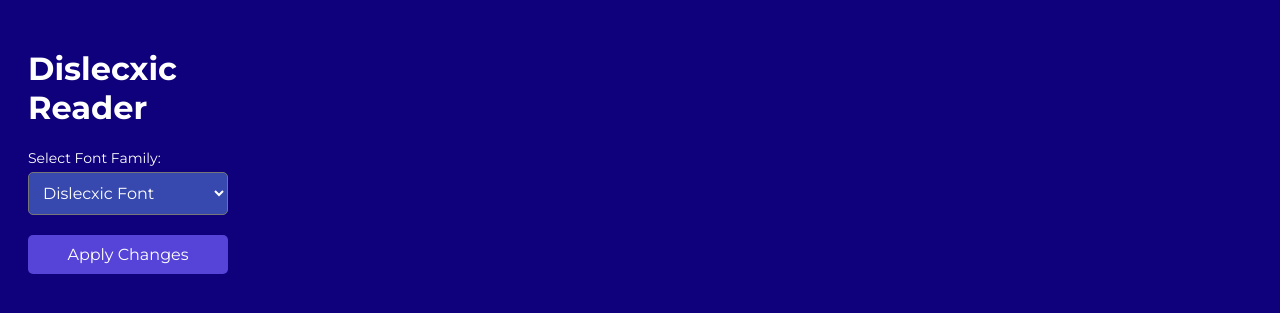
Repository: adatechschool/extension-navigateur-extension_walid_eliana_imelda
Page: Extention 3/popup.html
These files come from the project's save history. The page is drawn as it stood at one moment and after the next save; the edit follows.
The browser window is 1280 px wide. The pictures show the whole page.

Above is the page before, as saved 2024-01-17 12:46:46.

### Extention 3/popup.html
<!-- popup.html -->
<!DOCTYPE html>
<html>
<head>
  <link rel="stylesheet" type="text/css" href="popup.css">
  <script type="module" src="popup.js"></script>

  <link rel="preconnect" href="https://fonts.googleapis.com">
  <link rel="preconnect" href="https://fonts.gstatic.com" crossorigin>
  <link href="https://fonts.googleapis.com/css2?family=Montserrat:wght@400;700&display=swap" rel="stylesheet">

</head>

<body>

    <h1> Dislecxic Reader </h1>

  <label for="font-family">Select Font Family:</label>

  <select id="font-family">

    <option value= "Rockwell">Dislecxic Font</option>
    <option value="Rockwell-bold">bold-letters</option>

    <option value="Rockwell"> Le deux</option>
    <!-- Add more font options as needed -->
  </select>

  <button id="apply-button">Apply Changes</button>
</body>
</html>

### Extention 3/popup.css
html,

body {
    width: 200px;
    padding: 10px;
    background-color: #0f007c;
    border-radius: 5px;

  }


  label {
    font-family: Montserrat;
    display: block;
    margin-bottom: 5px;
    font-size: 14px;
   color : white;
  }

  select, button {
    width: 100%;
    margin-bottom: 20px;
    padding: 10px;
    font-size: 16px;
    background-color:#3749ae;
    border-radius: 5px;
    font-family: Montserrat;
    color : white;

  }

  button {
    background-color: #5544d7;
    border: 5px;
    cursor: pointer;

  }

  button:hover {
    background-color: #357ae8;
  }
  h1 {
    color:white;
    font-family: Montserrat;
  }

### Extention 3/popup.js

document.addEventListener('DOMContentLoaded', function() {
  let applyButton = document.getElementById('apply-button');
  let fontFamilySelect = document.getElementById('font-family');


  applyButton.addEventListener('click', function() {
    let selectedFontFamily = fontFamilySelect.value;
    chrome.tabs.query({ active: true, currentWindow: true }, function(tabs) {
      chrome.tabs.sendMessage(tabs[0].id, { action: 'applyChanges', selectedFontFamily: selectedFontFamily });
    });
  });
});

After the next save:
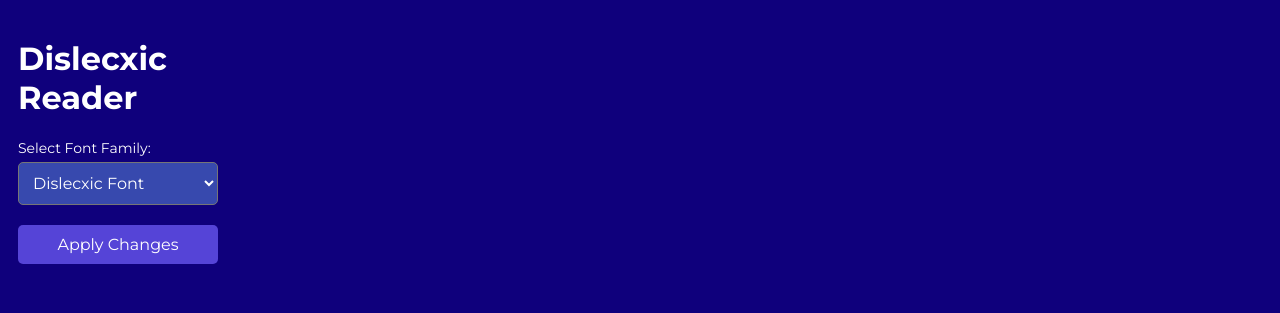
Saved 11 s later.
--- a/Extention 3/popup.css
+++ b/Extention 3/popup.css
@@ -1,5 +1,3 @@
-html,
-
 body {
     width: 200px;
     padding: 10px;
